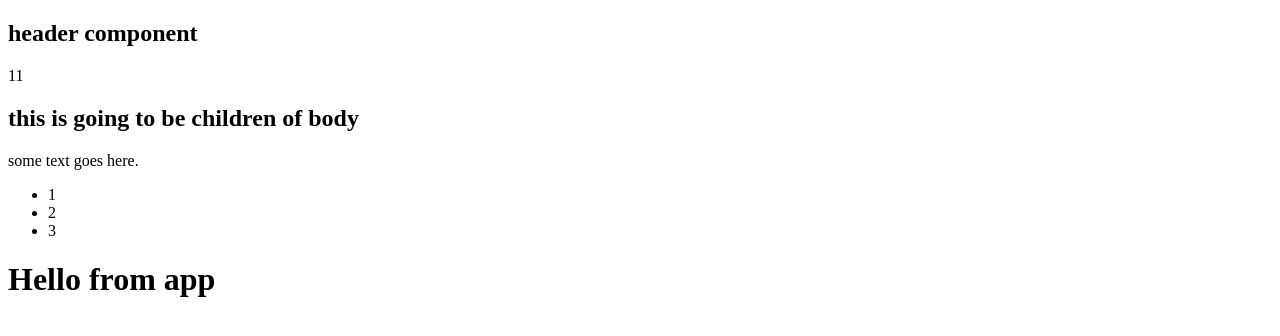
Repository: 1sanjeetsharma/cult-fit-clone
Page: /
These files come from the project's save history. The page is drawn as it stood at one moment and after the next save; the edit follows.
The browser window is 1280 px wide. The pictures show the whole page.
The project was rebuilt for these pictures with package versions that can differ from the ones it lists, and the page was loaded fresh each time. Also part of the build but not shown: vite.config.js, src/components/body/footer/Footer.jsx.

Above is the page before, as saved 2023-07-01 21:41:48.

After the next save:
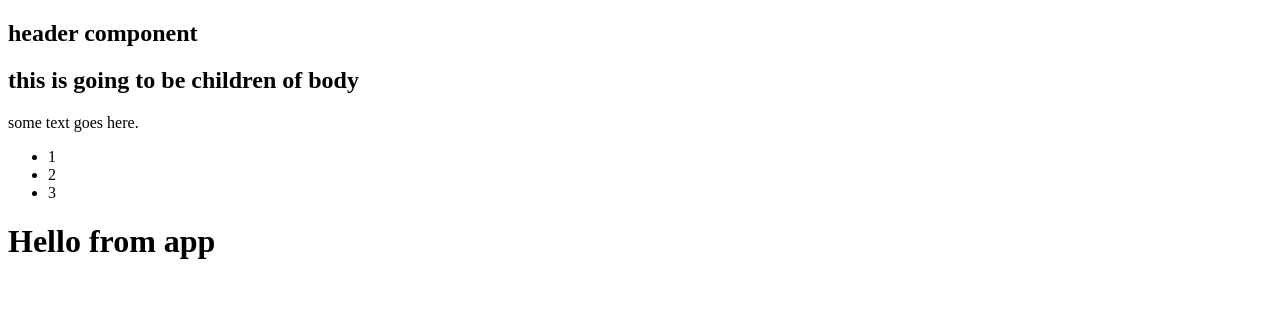
Saved 10 s later.
--- a/src/components/body/body.jsx
+++ b/src/components/body/body.jsx
@@ -5,7 +5,7 @@ const Body = (props) => {
     <>
       <Header />
       {/* <h1>body component</h1> */}
-      {props.roll}
+
       {props.children}
     </>
   );
